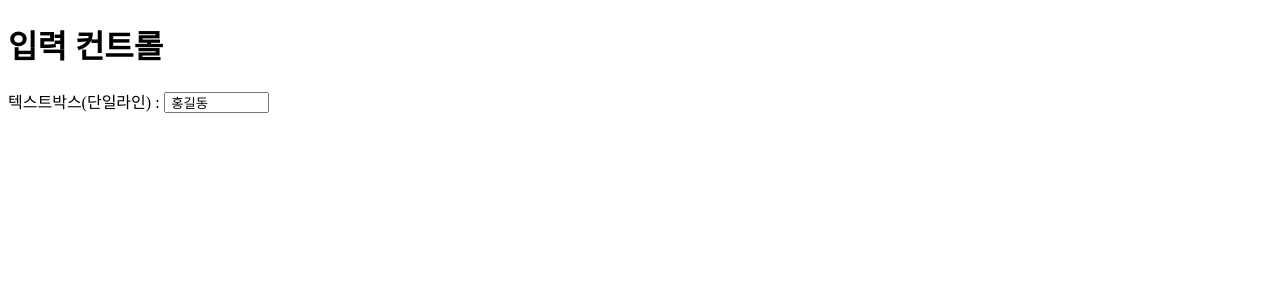
Repository: Hswwwww/WEB
Page: ClientTest/src/main/webapp/html/ex19_form.html
An editor plug-in stored every save of this project. The page is shown before and after the next save, followed by the edit.
The browser window is 1280 px wide. The pictures show the whole page.

Above is the page before, as saved 2024-03-14 01:08:34.

### ClientTest/src/main/webapp/html/ex19_form.html
<!DOCTYPE html>
<html>
<head>
<meta charset="UTF-8">
<title>Insert title here</title>
</head>
<body>
	<!--

		<form> 자식 태그
		- 입력 양식

		<input> 태그
		- 단독 태그
		- 인라인 태그
		- input.type : 입력 컨트롤의 종류
		- input.name : 서버로 전송할때 사용하는 식별자
		- input.id : 식별자. CSS, JavaScript에서 주로 사용
		- input.class : 식별자. CSS, JavaScript에서 주로 사용
		- input.size : 컨트롤의 너비 (입력받는 문자 수)
		- input.maxlength : 최대 입력 문자수 + 유효성 검사
		- input.value : 컨트롤의 입력값
		- input.readonly : 읽기 전용. 플래그형 + 입력 (x) + 서버 전송(o)
		- input.disabled : 비활성화. 플래그형 + 입력 (x) + 서버 전송 (x)






	 -->

	<h1>입력 컨트롤</h1>

	<form action = "ex18.jsp">

		텍스트박스(단일라인) : <input type = "text" name = "data" id = "txt1" class = "txt"
					size = "10" maxlength = "5" value = " 홍길동" >



	</form>

</body>

</html>

After the next save:
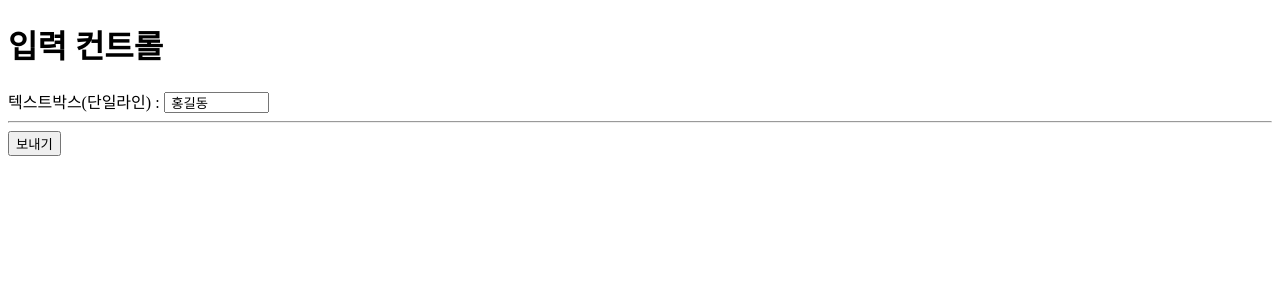
Saved 38 s later.
--- a/ClientTest/src/main/webapp/html/ex19_form.html
+++ b/ClientTest/src/main/webapp/html/ex19_form.html
@@ -37,7 +37,8 @@
 		텍스트박스(단일라인) : <input type = "text" name = "data" id = "txt1" class = "txt"
 					size = "10" maxlength = "5" value = " 홍길동" >
 
-
+		<hr>
+		<input type = "submit" value = "보내기">
 
 	</form>
 
